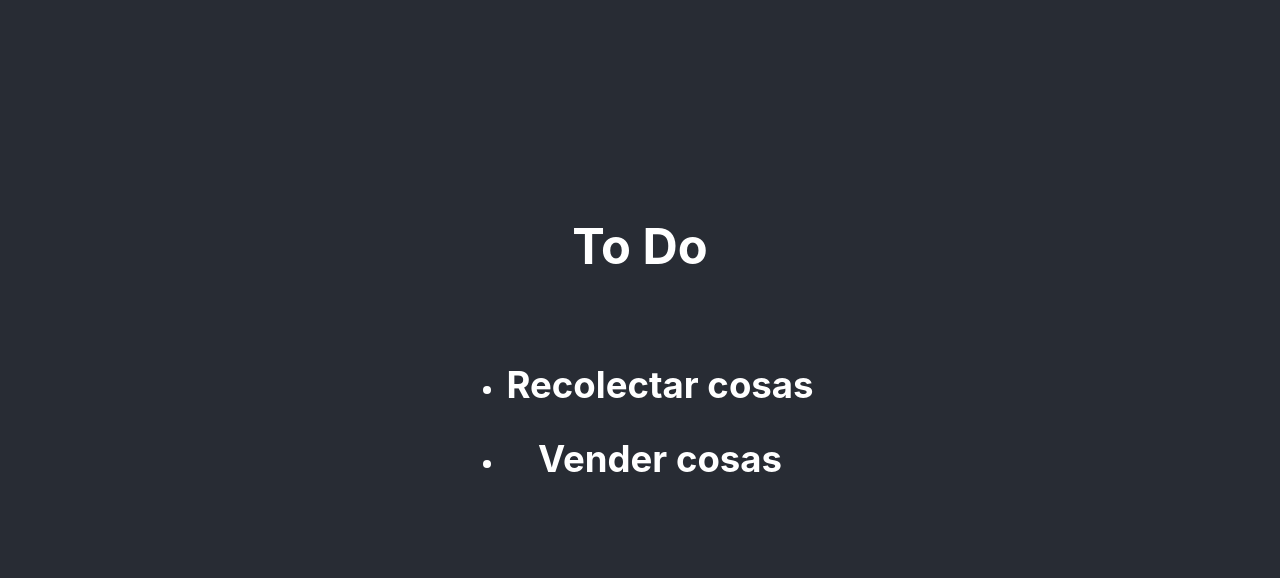
Repository: ChristianGecchelin/ts-react-context
Page: /
These files come from the project's save history. The page is drawn as it stood at one moment and after the next save; the edit follows.
The browser window is 1280 px wide. The pictures show the whole page.
The project was rebuilt for these pictures with package versions that can differ from the ones it lists, and the page was loaded fresh each time.

Above is the page before, as saved 2022-08-17 19:46:28.

After the next save:
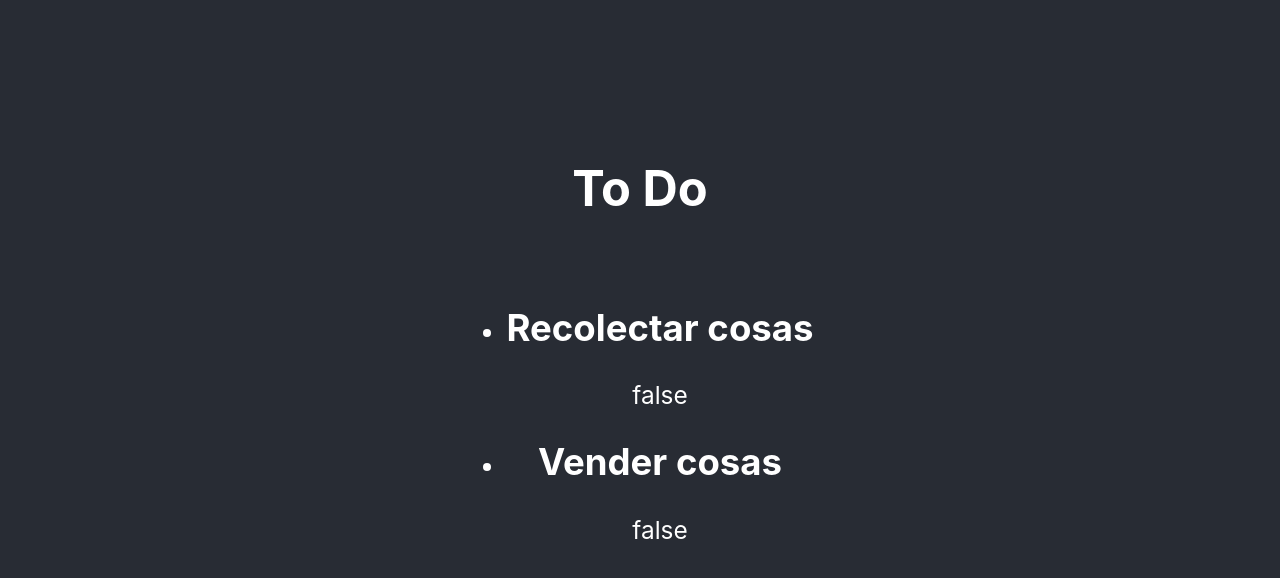
Saved 34 s later.
--- a/src/todo/components/TodoList.tsx
+++ b/src/todo/components/TodoList.tsx
@@ -9,7 +9,7 @@ export const TodoList = () => {
         {todoState.todos.map(todo=>
         <li>
             <h2>{todo.desc}</h2>
-            <p>{todo.completed}</p>
+            <p>{todo.completed.toString()}</p>
         </li>
         )}
     </ul>
